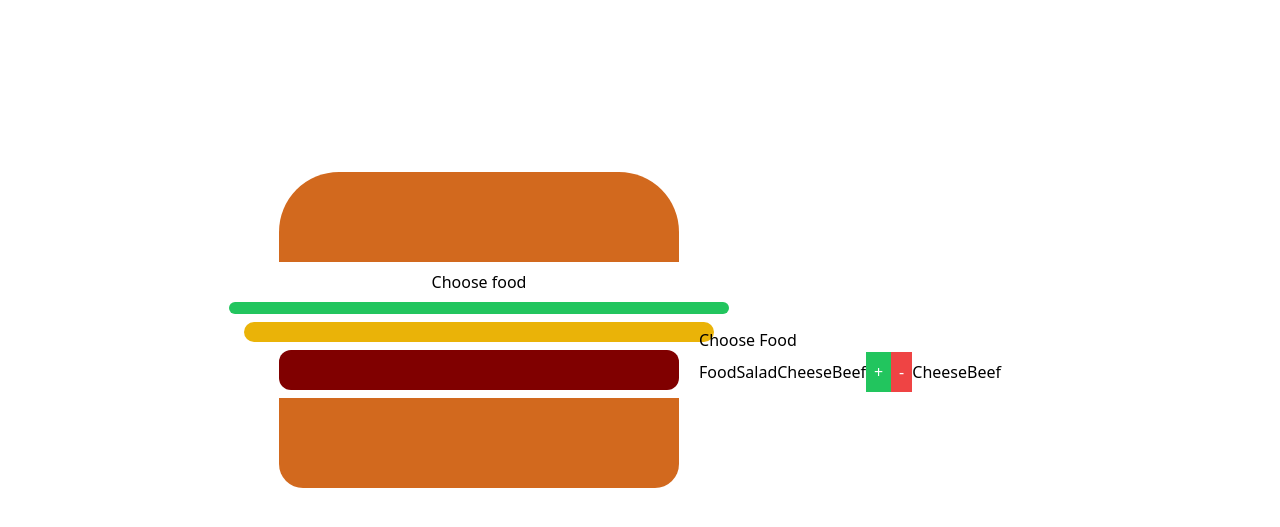
Repository: baobaodeveloper/bootcamp21_HuynhAnhBao_Burger
Page: /
An editor plug-in stored every save of this project. The page is shown before and after the next save, followed by the edit.
The browser window is 1280 px wide. The pictures show the whole page.
The project was rebuilt for these pictures with package versions that can differ from the ones it lists, and the page was loaded fresh each time. Also part of the build but not shown: vite.config.js.

Above is the page before, as saved 2022-05-15 16:53:17.

After the next save:
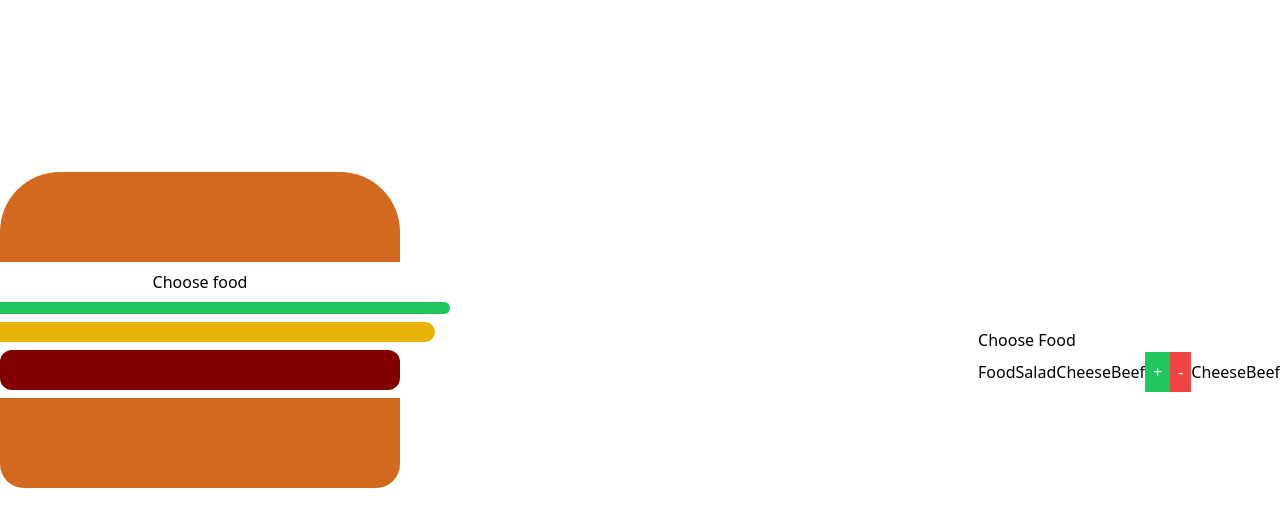
Saved 40 s later.
--- a/src/components/Burger.jsx
+++ b/src/components/Burger.jsx
@@ -3,7 +3,7 @@ import React from "react";
 export default function Burger() {
   return (
     <div>
-      <div className="flex items-center gap-x-5 w-screen h-screen mx-auto justify-center">
+      <div className="flex items-center gap-x-5 w-screen h-screen mx-auto justify-between">
         <div className="flex flex-col justify-center items-center gap-y-2 w-[400px]">
           <div className="bg-[#D2691E] w-full h-[30px] relative">
             <div className="bg-[#D2691E] w-full h-[60px] absolute top-0 left-0 -translate-y-[60px] rounded-tl-full rounded-tr-full"></div>
